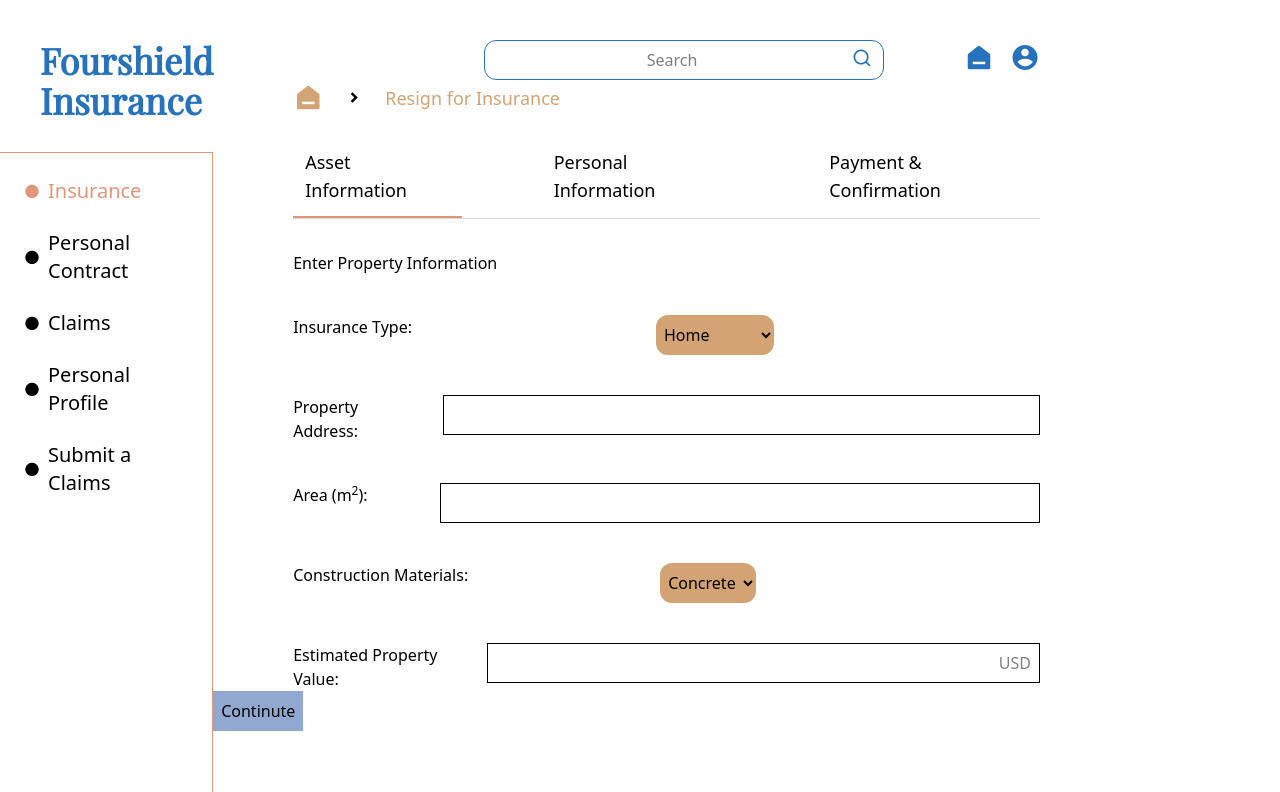
Repository: MockProject9920/MockProject_022025_Nhom4
Page: / (app in frontend/)
An editor plug-in stored every save of this project. The page is shown before and after the next save, followed by the edit.
The browser window is 1280 px wide. The pictures show the whole page.
The project was rebuilt for these pictures with package versions that can differ from the ones it lists, and the page was loaded fresh each time. Also part of the build but not shown: frontend/vite.config.js, frontend/src/pages/Login.jsx.

Above is the page before, as saved 2025-03-05 16:42:51.

### frontend/index.html
<!DOCTYPE html>

<html lang="en">
  <head>
    <meta charset="UTF-8" />
    <link rel="icon" type="image/svg+xml" href="/vite.svg" />
    <meta name="viewport" content="width=device-width, initial-scale=1.0" />
    <title>Vite + React</title>
  </head>
  <body>
    <div id="root"></div>
    <script type="module" src="/src/main.jsx"></script>
  </body>
</html>

### frontend/src/index.css
@import "tailwindcss";
@import "remixicon/fonts/remixicon.css";
/*  font-family: system-ui, Avenir, Helvetica, Arial, sans-serif;
  line-height: 1.5;
  font-weight: 400;

  color-scheme: light dark;
  color: rgba(255, 255, 255, 0.87);
  background-color: #242424;

  font-synthesis: none;
  text-rendering: optimizeLegibility;
  -webkit-font-smoothing: antialiased;
  -moz-osx-font-smoothing: grayscale;
}

a {
  font-weight: 500;
  color: #646cff;
  text-decoration: inherit;
}
a:hover {
  color: #535bf2;
}

body {
  margin: 0;
  display: flex;
  place-items: center;
  min-width: 320px;
  min-height: 100vh;
}

h1 {
  font-size: 3.2em;
  line-height: 1.1;
}

button {
  border-radius: 8px;
  border: 1px solid transparent;
  padding: 0.6em 1.2em;
  font-size: 1em;
  font-weight: 500;
  font-family: inherit;
  background-color: #1a1a1a;
  cursor: pointer;
  transition: border-color 0.25s;
}
button:hover {
  border-color: #646cff;
}
button:focus,
button:focus-visible {
  outline: 4px auto -webkit-focus-ring-color;
}

@media (prefers-color-scheme: light) {
  :root {
    color: #213547;
    background-color: #ffffff;
  }
  a:hover {
    color: #747bff;
  }
  button {
    background-color: #f9f9f9;
  }
} */

### frontend/src/App.jsx
import AssetInformation from "./pages/AssetInformation";
import Login from "./pages/Login";

function App() {
  return (
    <>
      <AssetInformation />
    </>
  );
}

export default App;

### frontend/src/pages/AssetInformation.jsx
import React from "react";
import "@fontsource/playfair-display";

function AssetInformation() {
  return (
    <div className="flex space-x-0 py-10 h-screen w-screen">
      <div className="w-[280px] space-y-8 h-full">
        <p
          className="text-4xl text-[#2772BD] font-bold pl-10"
          style={{ fontFamily: "Playfair Display" }}
        >
          Fourshield Insurance
        </p>
        <div className="space-y-6 h-full p-6  border-t-1 border-r-1 border-t-[#E29578] border-r-[#E29578]">
          <div className="flex space-x-2 items-center">
            <i class="ri-circle-fill text-[#E29578]"></i>
            <p className="text-xl text-[#E29578]">Insurance</p>
          </div>
          <div className="flex space-x-2 items-center">
            <i class="ri-circle-fill"></i>
            <p className="text-xl">Personal Contract</p>
          </div>
          <div className="flex space-x-2 items-center">
            <i class="ri-circle-fill"></i>
            <p className="text-xl">Claims</p>
          </div>
          <div className="flex space-x-2 items-center">
            <i class="ri-circle-fill"></i>
            <p className="text-xl">Personal Profile</p>
          </div>
          <div className="flex space-x-2 items-center">
            <i class="ri-circle-fill"></i>
            <p className="text-xl">Submit a Claims</p>
          </div>
        </div>
      </div>

      <div className=" w-full  mr-60">
        <div className=" flex space-x-20 justify-end ">
          <div className="relative">
            <input
              placeholder="Search"
              className="w-100 h-10 border border-[#2772BD] text-center py-2 pr-10 pl-4 rounded-xl"
            />
            <i className="ri-search-line absolute right-3 top-[18px] transform -translate-y-1/2 text-[#2772BD] text-xl"></i>
          </div>

          <div className="flex space-x-4 text-[#2772BD] text-2xl">
            <i className="ri-home-6-fill text-3xl"></i>
            <i className="ri-account-circle-fill text-3xl"></i>
          </div>
        </div>

        <div
          className="flex space-x-4 w-full ml-20 items-center
        "
        >
          <i className="ri-home-6-fill text-3xl text-[#D4A373]"></i>
          <i class="ri-arrow-drop-right-line text-3xl"></i>
          <p className="text-lg text-[#D4A373]">Resign for Insurance</p>
        </div>

        <div className="flex space-x-20 ml-20 mt-5 justify-center border-b-1 border-b-[#D9D9D9]">
          <p className="text-lg p-3 border-b-2 border-b-[#E29578] z-10">
            Asset Information
          </p>
          <p className="text-lg p-3 ">Personal Information</p>
          <p className="text-lg p-3 ">Payment & Confirmation</p>
        </div>

        <div className="ml-20 mt-8 space-y-10">
          <p className="font-medium">Enter Property Information</p>

          <div className="flex space-x-4">
            <p className="font-medium">Insurance Type:</p>
            <select className="h-10 p-1 ml-57 rounded-xl bg-[#D4A373]">
              <option className="bg-white" value="Home">
                Home
              </option>
              <option className="bg-white" value="Apartment">
                Apartment
              </option>
              <option className="bg-white" value="Commercial">
                Commercial
              </option>
            </select>
          </div>
          <div className="flex space-x-4 w-full justify-between">
            <p className="font-medium">Property Address:</p>
            <input className="border-1 w-150 h-10"></input>
          </div>
          <div className="flex space-x-4 w-full justify-between">
            <p className="font-medium">
              Area (m<sup>2</sup>):
            </p>
            <input className="border-1 w-150 h-10"></input>
          </div>
          <div className="flex space-x-4">
            <p className="font-medium">Construction Materials:</p>
            <select className="h-10 p-1 ml-44 rounded-xl bg-[#D4A373]">
              <option className="bg-white" value="Concrete">
                Concrete
              </option>
              <option className="bg-white" value="ApaBrickrtment">
                Brick
              </option>
              <option className="bg-white" value="Wood">
                Wood
              </option>
              <option className="bg-white" value="Other">
                Other
              </option>
            </select>
          </div>
          <div className="flex space-x-4 w-full justify-between">
            <p className="font-medium">Estimated Property Value:</p>
            <input
              placeholder="USD"
              className="text-right p-2 border-1 w-150 h-10"
            ></input>
          </div>
        </div>

        <div className="w-full justify-center ">
          <button className="bg-[#91A8D0] p-2">Continute</button>
        </div>
      </div>
    </div>
  );
}

export default AssetInformation;

Loaded but not shown: frontend/src/main.jsx (common file)

After the next save:
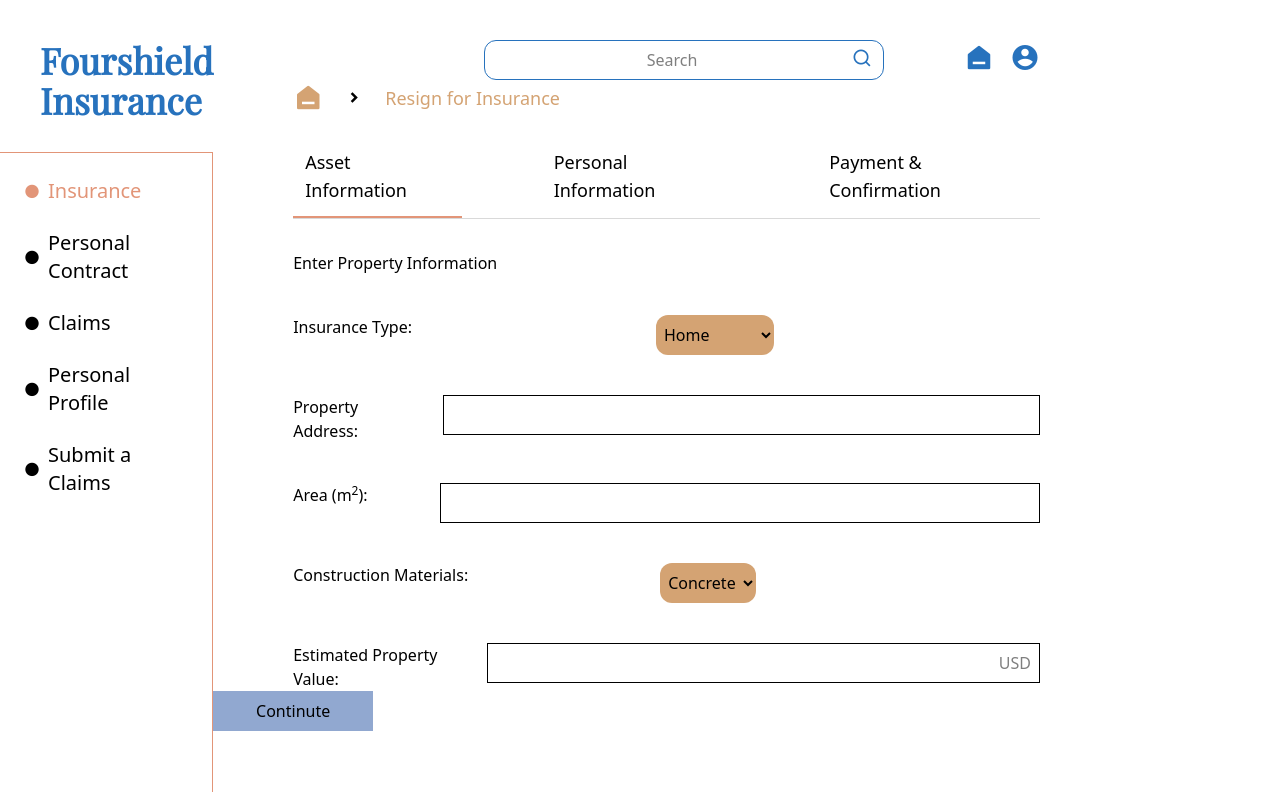
Saved 14 s later.
--- a/frontend/src/pages/AssetInformation.jsx
+++ b/frontend/src/pages/AssetInformation.jsx
@@ -122,7 +122,7 @@ function AssetInformation() {
         </div>
 
         <div className="w-full justify-center ">
-          <button className="bg-[#91A8D0] p-2">Continute</button>
+          <button className="bg-[#91A8D0] p-2 w-40">Continute</button>
         </div>
       </div>
     </div>
